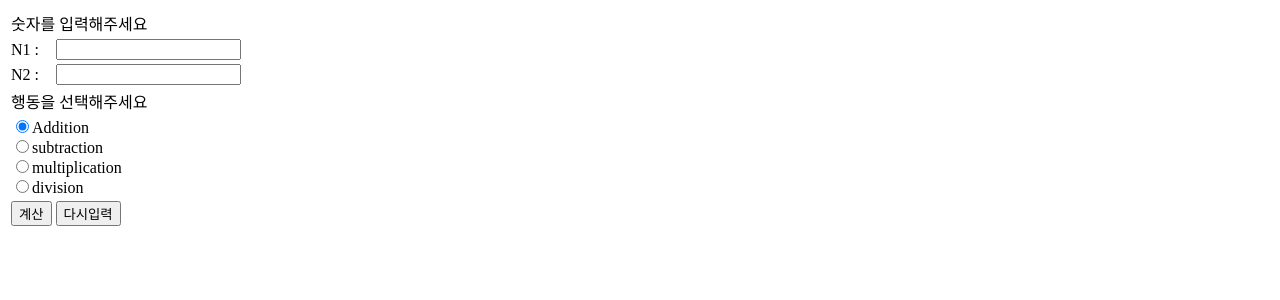
Repository: HyeogDo/Study_Java
Page: http://localhost/JSP/Quiz_07.jsp
The author's editor kept a copy of each file at every save. The page is drawn from the files as they stood at one save, then again after the next save.
The browser window is 1280 px wide. The pictures show the whole page.
The page is served by Tomcat 9.

Above is the page before, as saved 2022-03-16 07:02:43.

After the next save:
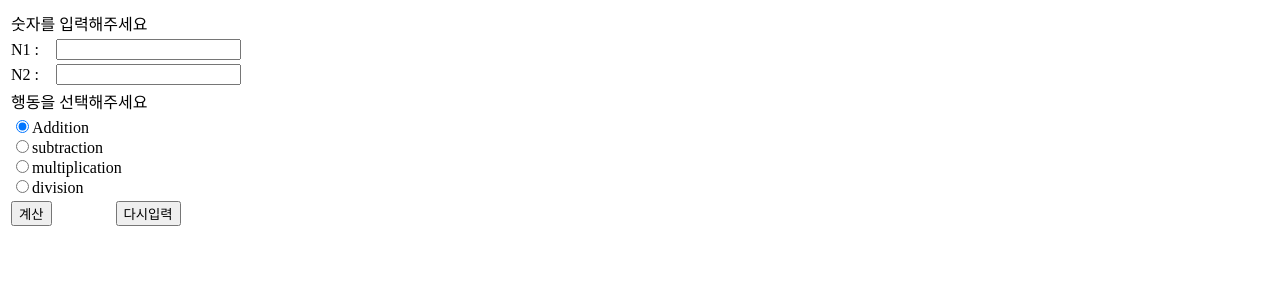
Saved 16 s later.
--- a/JSP/JSP/src/main/webapp/Quiz_07.jsp
+++ b/JSP/JSP/src/main/webapp/Quiz_07.jsp
@@ -33,7 +33,7 @@
 				</tr>
 				<tr>
 					<td><input type="submit" value="계산"></td>
-					<td><input type="reset" value="다시입력"></td>
+					<td align="center"><input type="reset" value="다시입력"></td>
 				</tr>
 
 
